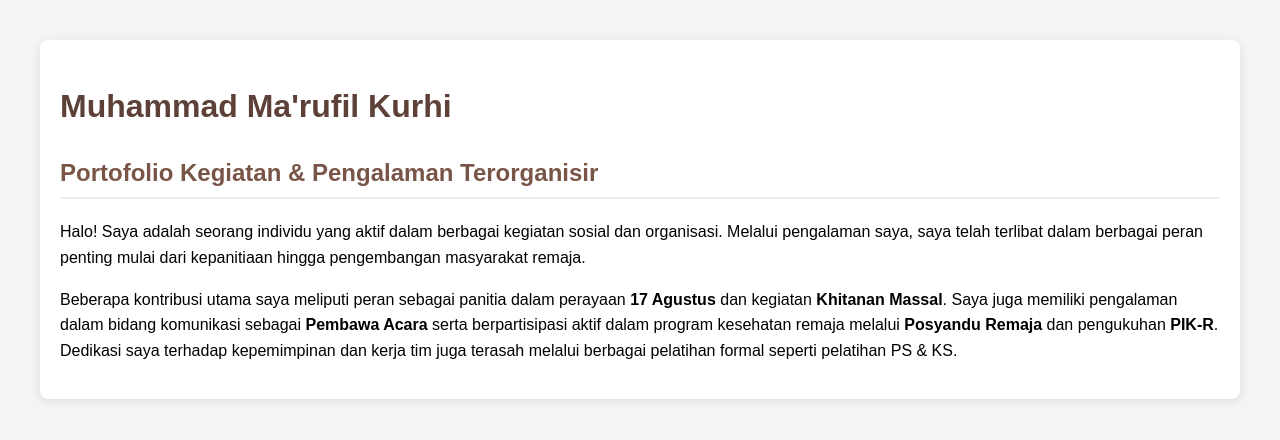
Repository: rufi1126/241552010002-Web-Application-Development
Page: p-2/latihan1.html
The author's editor kept a copy of each file at every save. The page is drawn from the files as they stood at one save, then again after the next save.
The browser window is 1280 px wide. The pictures show the whole page.

Above is the page before, as saved 2026-02-27 17:21:32.

### p-2/latihan1.html
<!DOCTYPE html>
<html lang="id">
<head>
    <meta charset="UTF-8">
    <meta name="viewport" content="width=device-width, initial-scale=1.0">
    <title>Portofolio Muhammad Ma'rufil Kurhi</title>
    <style>
        body {
            font-family: Arial, sans-serif;
            line-height: 1.6;
            margin: 40px;
            background-color: #f4f4f4;
        }
        .container {
            background: white;
            padding: 20px;
            border-radius: 8px;
            box-shadow: 0 2px 10px rgba(0,0,0,0.1);
        }
        h1 {
            color: #5d4037;
        }
        h2 {
            color: #795548;
            border-bottom: 2px solid #eee;
            padding-bottom: 5px;
        }
    </style>
</head>
<body>

    <div class="container">
        <h1>Muhammad Ma'rufil Kurhi</h1>
        <h2>Portofolio Kegiatan & Pengalaman Terorganisir</h2>

        <p>
            Halo! Saya adalah seorang individu yang aktif dalam berbagai kegiatan sosial dan organisasi.
            Melalui pengalaman saya, saya telah terlibat dalam berbagai peran penting mulai dari kepanitiaan
            hingga pengembangan masyarakat remaja.
        </p>

        <p>
            Beberapa kontribusi utama saya meliputi peran sebagai panitia dalam perayaan <strong>17 Agustus</strong>
            dan kegiatan <strong>Khitanan Massal</strong>. Saya juga memiliki pengalaman dalam bidang komunikasi
            sebagai <strong>Pembawa Acara</strong> serta berpartisipasi aktif dalam program kesehatan remaja melalui
            <strong>Posyandu Remaja</strong> dan pengukuhan <strong>PIK-R</strong>. Dedikasi saya terhadap kepemimpinan
            dan kerja tim juga terasah melalui berbagai pelatihan formal seperti pelatihan PS & KS.
        </p>
    </div>

</body>
</html>

After the next save:
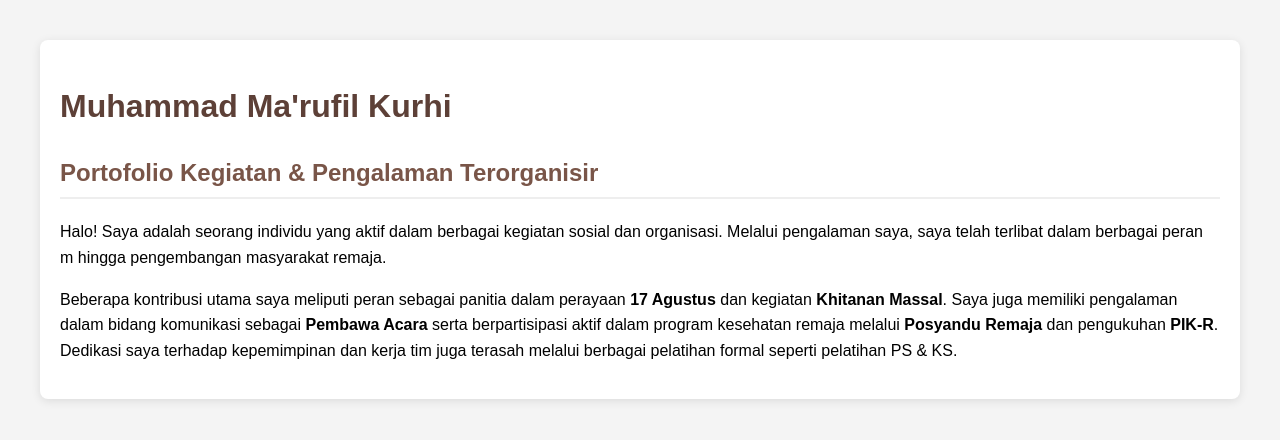
Saved 52 s later.
--- a/p-2/latihan1.html
+++ b/p-2/latihan1.html
@@ -35,7 +35,7 @@
 
         <p>
             Halo! Saya adalah seorang individu yang aktif dalam berbagai kegiatan sosial dan organisasi.
-            Melalui pengalaman saya, saya telah terlibat dalam berbagai peran penting mulai dari kepanitiaan
+            Melalui pengalaman saya, saya telah terlibat dalam berbagai peran m
             hingga pengembangan masyarakat remaja.
         </p>
 
